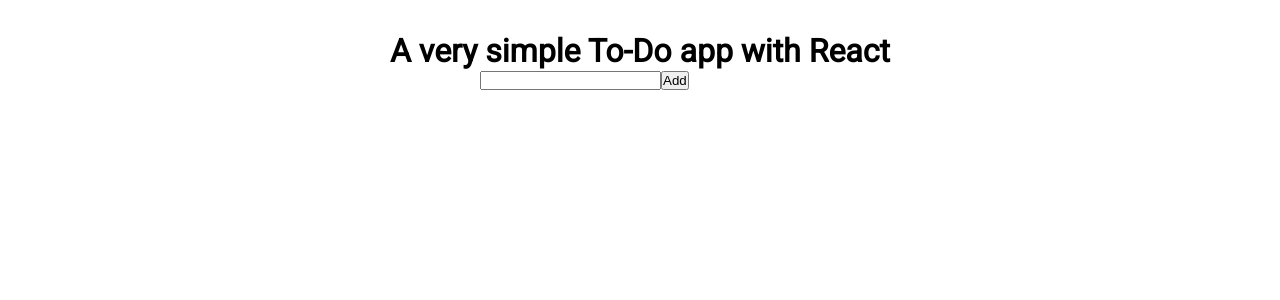
Repository: darioskpavoni/to-do-react
Page: /
The author's editor kept a copy of each file at every save. The page is drawn from the files as they stood at one save, then again after the next save.
The browser window is 1280 px wide. The pictures show the whole page.
The project was rebuilt for these pictures with package versions that can differ from the ones it lists, and the page was loaded fresh each time. Also part of the build but not shown: vite.config.ts.

Above is the page before, as saved 2023-03-19 23:56:19.

### index.html
<!DOCTYPE html>
<html lang="en">
  <head>
    <meta charset="UTF-8" />
    <link rel="icon" type="image/svg+xml" href="/react.svg" />
    <meta name="viewport" content="width=device-width, initial-scale=1.0" />
    <title>To-Do App - React</title>
  </head>
  <body>
    <div id="root"></div>
    <script type="module" src="/src/main.tsx"></script>
  </body>
</html>

### src/App.tsx
import { useState } from "react";
import "./App.css";

function App() {
  return (
    <div className="App">
      <h1>A very simple To-Do app with React</h1>
      <div className="actions">
        <input type={"text"} />
        <button>Add</button>
      </div>
    </div>
  );
}

export default App;

### src/index.css
@import url("https://fonts.googleapis.com/css2?family=Roboto:wght@300;400&display=swap");

* {
  margin: 0;
  padding: 0;
}

:root {
  font-family: "Roboto", sans-serif;
  font-weight: 300;
}

:root,
body,
body > #root {
  height: 100%;
  width: 100%;
}

#root {
  display: flex;
  flex-direction: column;
  align-items: center;
}

### src/App.css
.App {
  margin: 2rem;
  height: 100%;
  width: 50%;
  display: flex;
  flex-direction: column;
  justify-content: flex-start;
  align-items: center;
}

.actions {
  width: 50%;
}

Loaded but not shown: src/main.tsx (common file)

After the next save:
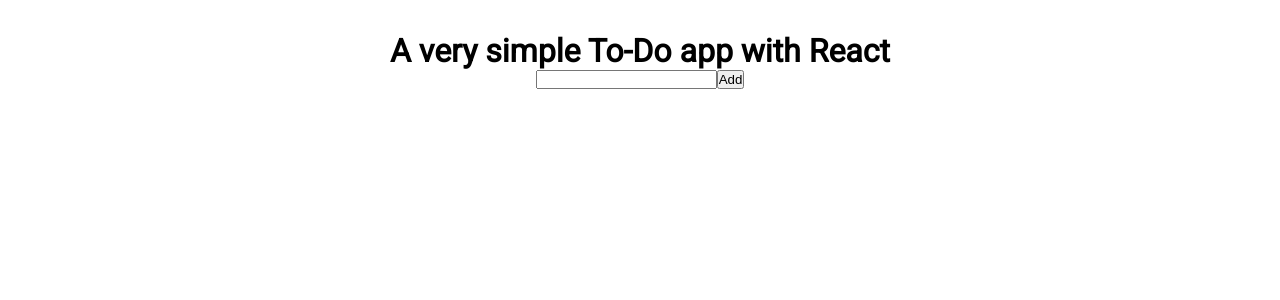
Saved 11 s later.
--- a/src/App.css
+++ b/src/App.css
@@ -10,4 +10,7 @@
 
 .actions {
   width: 50%;
+  display: flex;
+  flex-direction: row;
+  justify-content: center;
 }
